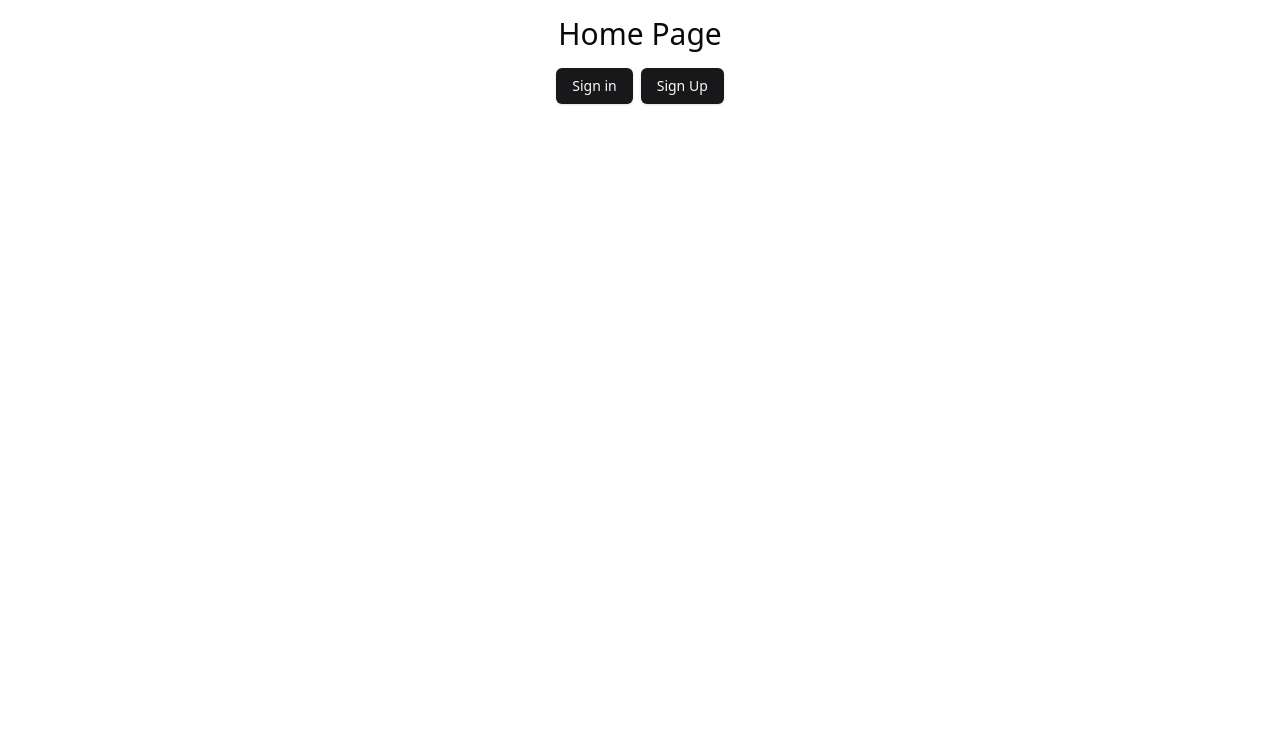
Repository: Xanthium7/Calendly_app
Page: /
These files come from the project's save history. The page is drawn as it stood at one moment and after the next save; the edit follows.
The browser window is 1280 px wide. The pictures show the whole page.
The project was rebuilt for these pictures with package versions that can differ from the ones it lists, and the page was loaded fresh each time. Some packages were replaced by stand-ins written for this rebuild. The framework's server and built-in components were replaced by stand-ins that run in the browser. Also part of the build but not shown: next.config.mjs.

Above is the page before, as saved 2024-10-02 11:32:22.

### app/layout.tsx
import type { Metadata } from "next";
import localFont from "next/font/local";
import "./globals.css";
import { ClerkProvider } from "@clerk/nextjs";

const geistSans = localFont({
  src: "./fonts/GeistVF.woff",
  variable: "--font-geist-sans",
  weight: "100 900",
});
const geistMono = localFont({
  src: "./fonts/GeistMonoVF.woff",
  variable: "--font-geist-mono",
  weight: "100 900",
});

export const metadata: Metadata = {
  title: "Create Next App",
  description: "Generated by create next app",
};

export default function RootLayout({
  children,
}: Readonly<{
  children: React.ReactNode;
}>) {
  return (
    <ClerkProvider>
      <html lang="en">
        <body
          className={`min-h-screen  bg-background ${geistSans.variable} ${geistMono.variable} antialiased`}
        >
          {children}
        </body>
      </html>
    </ClerkProvider>
  );
}

### app/page.tsx
import { Button } from "@/components/ui/button";
import { SignInButton } from "@clerk/nextjs";

export default function Home() {
  return (
    <div className="text-center container my-4 mx-auto">
      <h1 className="text-3xl mb-4">Home Page</h1>
      <div className="flex gap-2 justify-center">
        <Button>
          <SignInButton />
        </Button>
        <Button>Sign Up</Button>
      </div>
    </div>
  );
}

### app/globals.css
@tailwind base;
@tailwind components;
@tailwind utilities;


@layer base {
  :root {
    --background: 0 0% 100%;
    --foreground: 240 10% 3.9%;
    --card: 0 0% 100%;
    --card-foreground: 240 10% 3.9%;
    --popover: 0 0% 100%;
    --popover-foreground: 240 10% 3.9%;
    --primary: 240 5.9% 10%;
    --primary-foreground: 0 0% 98%;
    --secondary: 240 4.8% 95.9%;
    --secondary-foreground: 240 5.9% 10%;
    --muted: 240 4.8% 95.9%;
    --muted-foreground: 240 3.8% 46.1%;
    --accent: 240 4.8% 95.9%;
    --accent-foreground: 240 5.9% 10%;
    --destructive: 0 84.2% 60.2%;
    --destructive-foreground: 0 0% 98%;
    --border: 240 5.9% 90%;
    --input: 240 5.9% 90%;
    --ring: 240 10% 3.9%;
    --chart-1: 12 76% 61%;
    --chart-2: 173 58% 39%;
    --chart-3: 197 37% 24%;
    --chart-4: 43 74% 66%;
    --chart-5: 27 87% 67%;
    --radius: 0.5rem;
  }
  .dark {
    --background: 240 10% 3.9%;
    --foreground: 0 0% 98%;
    --card: 240 10% 3.9%;
    --card-foreground: 0 0% 98%;
    --popover: 240 10% 3.9%;
    --popover-foreground: 0 0% 98%;
    --primary: 0 0% 98%;
    --primary-foreground: 240 5.9% 10%;
    --secondary: 240 3.7% 15.9%;
    --secondary-foreground: 0 0% 98%;
    --muted: 240 3.7% 15.9%;
    --muted-foreground: 240 5% 64.9%;
    --accent: 240 3.7% 15.9%;
    --accent-foreground: 0 0% 98%;
    --destructive: 0 62.8% 30.6%;
    --destructive-foreground: 0 0% 98%;
    --border: 240 3.7% 15.9%;
    --input: 240 3.7% 15.9%;
    --ring: 240 4.9% 83.9%;
    --chart-1: 220 70% 50%;
    --chart-2: 160 60% 45%;
    --chart-3: 30 80% 55%;
    --chart-4: 280 65% 60%;
    --chart-5: 340 75% 55%;
  }
}

@layer base {
  * {
    @apply border-border;
  }
  body {
    @apply bg-background text-foreground;
  }
}

### components/ui/button.tsx
import * as React from "react"
import { Slot } from "@radix-ui/react-slot"
import { cva, type VariantProps } from "class-variance-authority"

import { cn } from "@/lib/utils"

const buttonVariants = cva(
  "inline-flex items-center justify-center whitespace-nowrap rounded-md text-sm font-medium transition-colors focus-visible:outline-none focus-visible:ring-1 focus-visible:ring-ring disabled:pointer-events-none disabled:opacity-50",
  {
    variants: {
      variant: {
        default:
          "bg-primary text-primary-foreground shadow hover:bg-primary/90",
        destructive:
          "bg-destructive text-destructive-foreground shadow-sm hover:bg-destructive/90",
        outline:
          "border border-input bg-background shadow-sm hover:bg-accent hover:text-accent-foreground",
        secondary:
          "bg-secondary text-secondary-foreground shadow-sm hover:bg-secondary/80",
        ghost: "hover:bg-accent hover:text-accent-foreground",
        link: "text-primary underline-offset-4 hover:underline",
      },
      size: {
        default: "h-9 px-4 py-2",
        sm: "h-8 rounded-md px-3 text-xs",
        lg: "h-10 rounded-md px-8",
        icon: "h-9 w-9",
      },
    },
    defaultVariants: {
      variant: "default",
      size: "default",
    },
  }
)

export interface ButtonProps
  extends React.ButtonHTMLAttributes<HTMLButtonElement>,
    VariantProps<typeof buttonVariants> {
  asChild?: boolean
}

const Button = React.forwardRef<HTMLButtonElement, ButtonProps>(
  ({ className, variant, size, asChild = false, ...props }, ref) => {
    const Comp = asChild ? Slot : "button"
    return (
      <Comp
        className={cn(buttonVariants({ variant, size, className }))}
        ref={ref}
        {...props}
      />
    )
  }
)
Button.displayName = "Button"

export { Button, buttonVariants }

Loaded but not shown: lib/utils.ts (common file); tailwind.config.ts (common file)

After the next save:
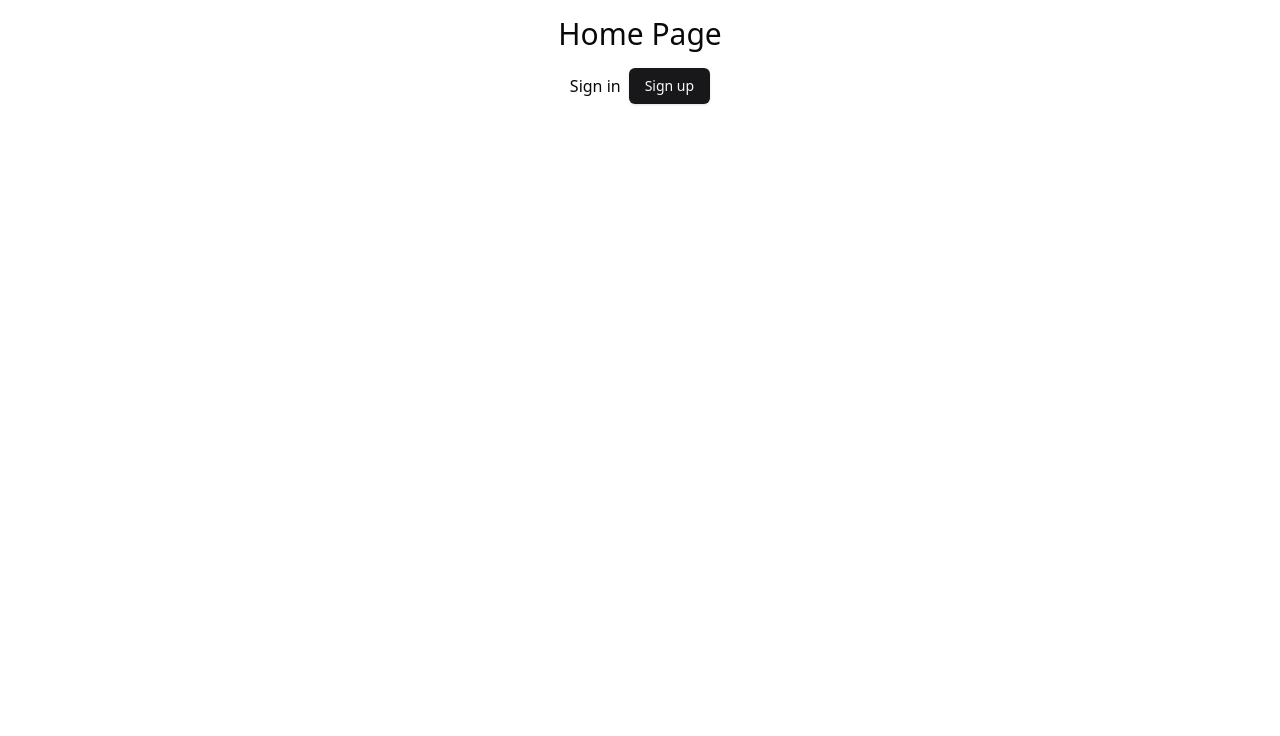
Saved 2 min 50 s later.
--- a/app/page.tsx
+++ b/app/page.tsx
@@ -1,4 +1,5 @@
 import { Button } from "@/components/ui/button";
+import { SignedOut, SignUpButton } from "@clerk/clerk-react";
 import { SignInButton } from "@clerk/nextjs";
 
 export default function Home() {
@@ -6,10 +7,12 @@ export default function Home() {
     <div className="text-center container my-4 mx-auto">
       <h1 className="text-3xl mb-4">Home Page</h1>
       <div className="flex gap-2 justify-center">
-        <Button>
+        <Button asChild>
           <SignInButton />
         </Button>
-        <Button>Sign Up</Button>
+        <Button>
+          <SignUpButton />
+        </Button>
       </div>
     </div>
   );
